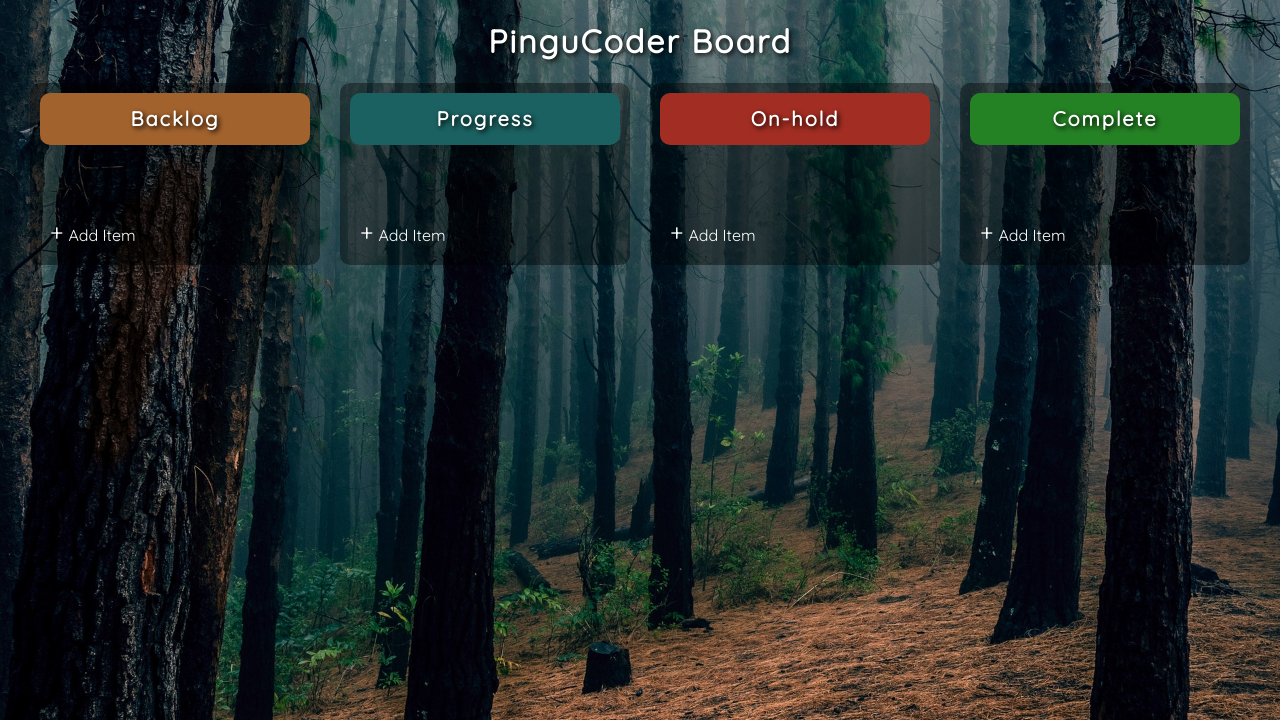
Repository: chanwarichawki/6Drag-And-Drop
Page: index.html
These files come from the project's save history. The page is drawn as it stood at one moment and after a run of saves; the edit follows.
The browser window is 1280 px wide. The pictures show the whole page.

Above is the page before, as saved 2023-12-26 16:28:08.

After the next 4 saves:
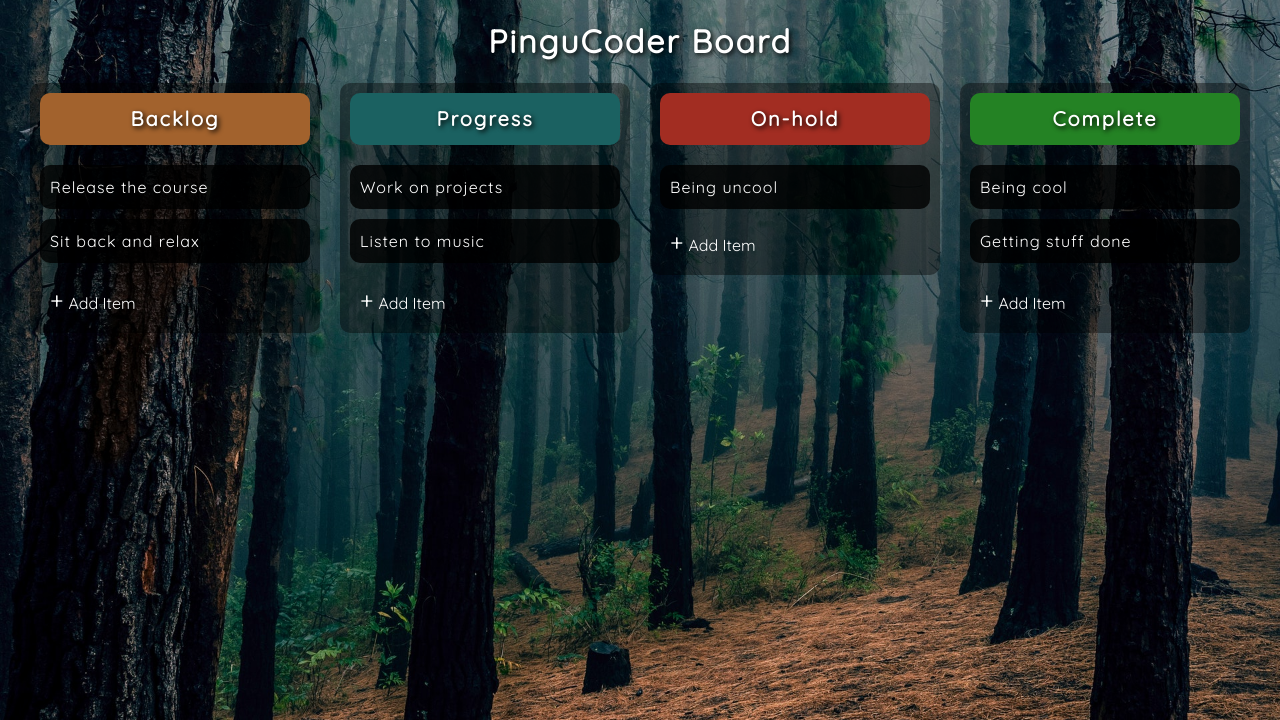
The 4 saves are shown as one change because they came seconds apart.
The last was saved 10 s later.
--- a/script.js
+++ b/script.js
@@ -68,7 +68,7 @@ function createItemEl(columnEl, column, item, index) {
   listEl.classList.add('drag-item');
   listEl.textContent = item;
   //append
-  columnEl.appendCh
+  columnEl.appendChild(listEl)
 }
 
 // Update Columns in DOM - Reset HTML, Filter Array, Update localStorage
